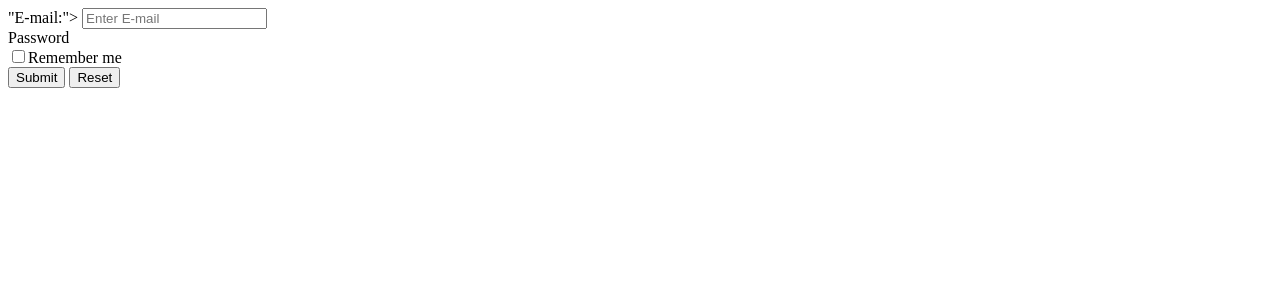
Repository: BragadeeshChandrasekar/my-bookshelf
Page: http://localhost/booksales/login.jsp
These files come from the project's save history. The page is drawn as it stood at one moment and after the next save; the edit follows.
The browser window is 1280 px wide. The pictures show the whole page.
The page is served by Tomcat 9. Other server files are loaded and not shown.

Above is the page before, as saved 2016-06-09 09:20:07.

### booksales/WebContent/login.jsp
<%@ page language="java" contentType="text/html; charset=ISO-8859-1"
    pageEncoding="ISO-8859-1"%>

<html>
<head>
<meta http-equiv="Content-Type" content="text/html; charset=ISO-8859-1">
<title>Log-In</title>
</head>
<body>
<form role="form">
<div class="form-group">
<label for= e-mail>"E-mail:"></label>
<input type="e-mail" class="form control" id="e-mail" placeholder="Enter E-mail">
</div>
<div class="form-group">
<label for="pwd">Password</label>
<input-type="password" class="form control" id="pwd" placeholder="Enter password">
</div>
<div class="checkbox"><label><input type="checkbox">Remember me</label></div>
<button type="submit" class="btn-btn primary">Submit</button>
<button type="clear" class="btn-btn danger">Reset</button>
</body>
</html>

After the next save:
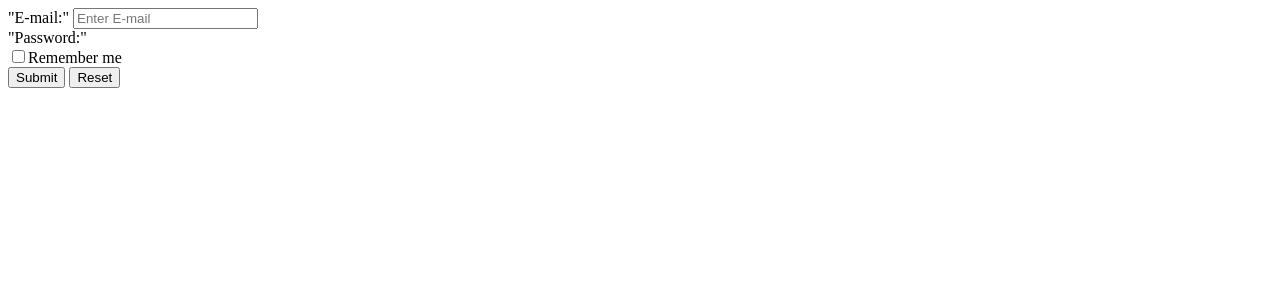
Saved 3 min 20 s later.
--- a/booksales/WebContent/login.jsp
+++ b/booksales/WebContent/login.jsp
@@ -9,11 +9,11 @@
 <body>
 <form role="form">
 <div class="form-group">
-<label for= e-mail>"E-mail:"></label>
+<label for= e-mail>"E-mail:"</label>
 <input type="e-mail" class="form control" id="e-mail" placeholder="Enter E-mail">
 </div>
 <div class="form-group">
-<label for="pwd">Password</label>
+<label for=pwd>"Password:"</label>
 <input-type="password" class="form control" id="pwd" placeholder="Enter password">
 </div>
 <div class="checkbox"><label><input type="checkbox">Remember me</label></div>
